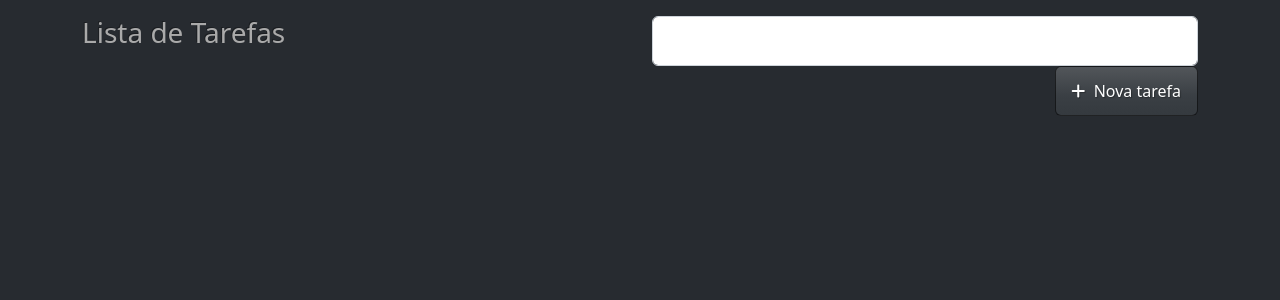
Repository: cargugati/lista_tarefas
Page: frontEnd/index.html
The author's editor kept a copy of each file at every save. The page is drawn from the files as they stood at one save, then again after the next save.
The browser window is 1280 px wide. The pictures show the whole page.

Above is the page before, as saved 2023-03-16 10:08:12.

### frontEnd/index.html
<!DOCTYPE html>
<html lang="pt-br">

<head>
  <meta charset="UTF-8">
  <meta http-equiv="X-UA-Compatible" content="IE=edge">
  <meta name="viewport" content="width=device-width, initial-scale=1.0">
  <title>Lista de Tarefas</title>
  <link rel="stylesheet" href="/assets/css/bootstrap.min.css">
  <link rel="stylesheet" href="/assets/fontawesome/css/all.min.css">
  <link rel="shortcut icon" href="/assets/images/favicon.png" type="image/png">
</head>

<body>
  <div class="container my-3">
    <div class="row">
      <div class="col">
        <h3>Lista de Tarefas</h3>
      </div>
      <div class="col text-end">
        <select id="select_filter" class="form-control">
          <option value=""></option>
        </select>
        <a href="new_task.html" class="btn btn-primary"><i class="fa-solid fa-plus me-2"></i>Nova tarefa</a>
      </div>
    </div>
  </div>


  <script src="assets/js/bootstrap.bundle.min.js"></script>
</body>

</html>

Loaded but not shown: frontEnd/assets/css/bootstrap.min.css (library); frontEnd/assets/fontawesome/css/all.min.css (library); frontEnd/assets/js/bootstrap.bundle.min.js (library)

After the next save:
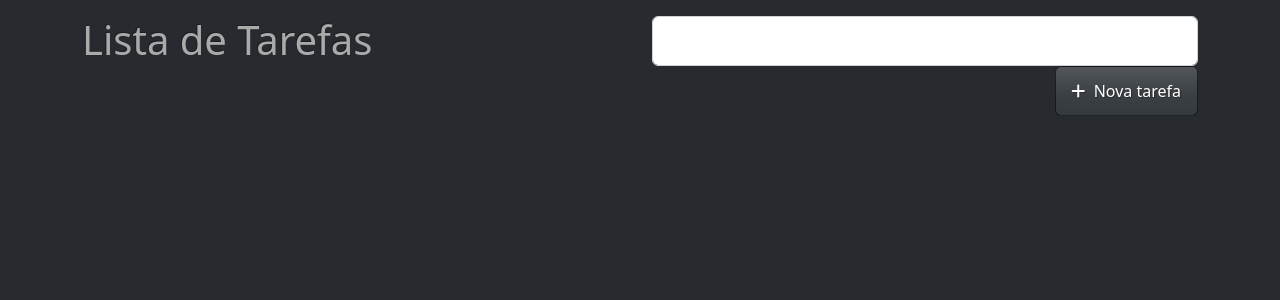
Saved 46 s later.
--- a/frontEnd/index.html
+++ b/frontEnd/index.html
@@ -15,7 +15,7 @@
   <div class="container my-3">
     <div class="row">
       <div class="col">
-        <h3>Lista de Tarefas</h3>
+        <h1>Lista de Tarefas</h1>
       </div>
       <div class="col text-end">
         <select id="select_filter" class="form-control">
